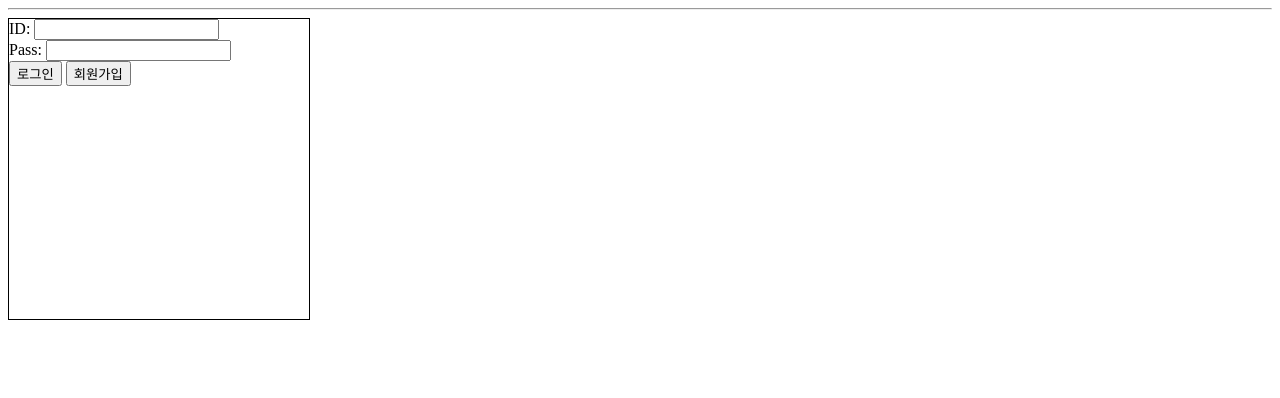
Repository: cartoon1110/KosaSwCourse
Page: workspace-web/HtmlProgramming/WebContent/ajax/ajax05.html
The author's editor kept a copy of each file at every save. The page is drawn from the files as they stood at one save, then again after the next save.
The browser window is 1280 px wide. The pictures show the whole page.

Above is the page before, as saved 2015-08-29 01:44:33.
Console error: SyntaxError: Unexpected token '}'

After the next save:
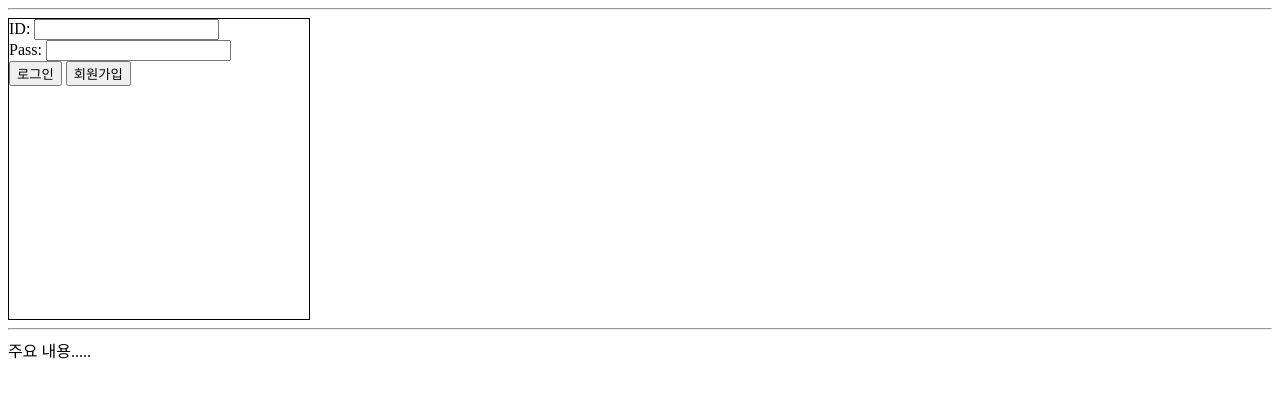
Saved 84 s later.
--- a/workspace-web/HtmlProgramming/WebContent/ajax/ajax05.html
+++ b/workspace-web/HtmlProgramming/WebContent/ajax/ajax05.html
@@ -32,6 +32,8 @@
 				<input id="logout" type="button" value="로그아웃"/>
 			</div>
 		</div>
+		<hr/>
+		주요 내용.....
 
 	</body>
 </html></html>
